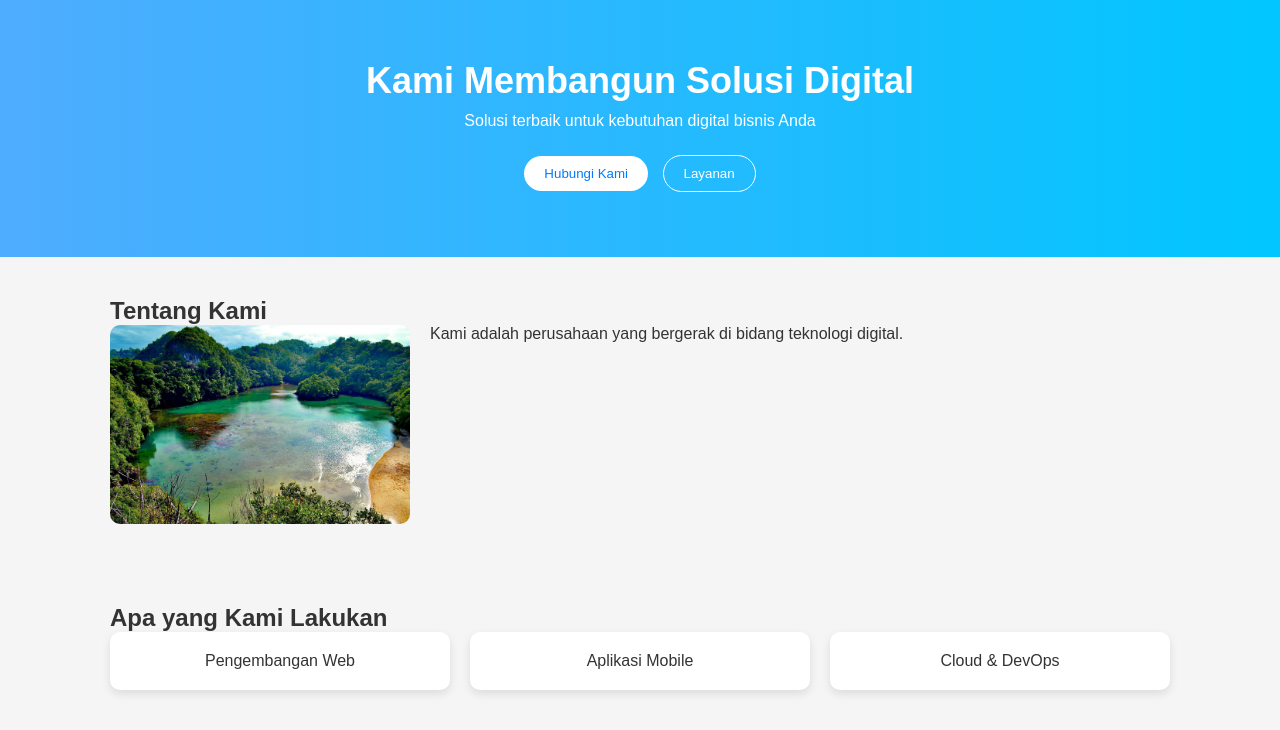
Repository: rufi1126/241552010002-Web-Application-Development
Page: utss/index.html
An editor plug-in stored every save of this project. The page is shown before and after a run of saves, followed by the edit.
The browser window is 1280 px wide. The pictures show the whole page.

Above is the page before, as saved 2026-05-08 01:50:17.

After the next 2 saves:
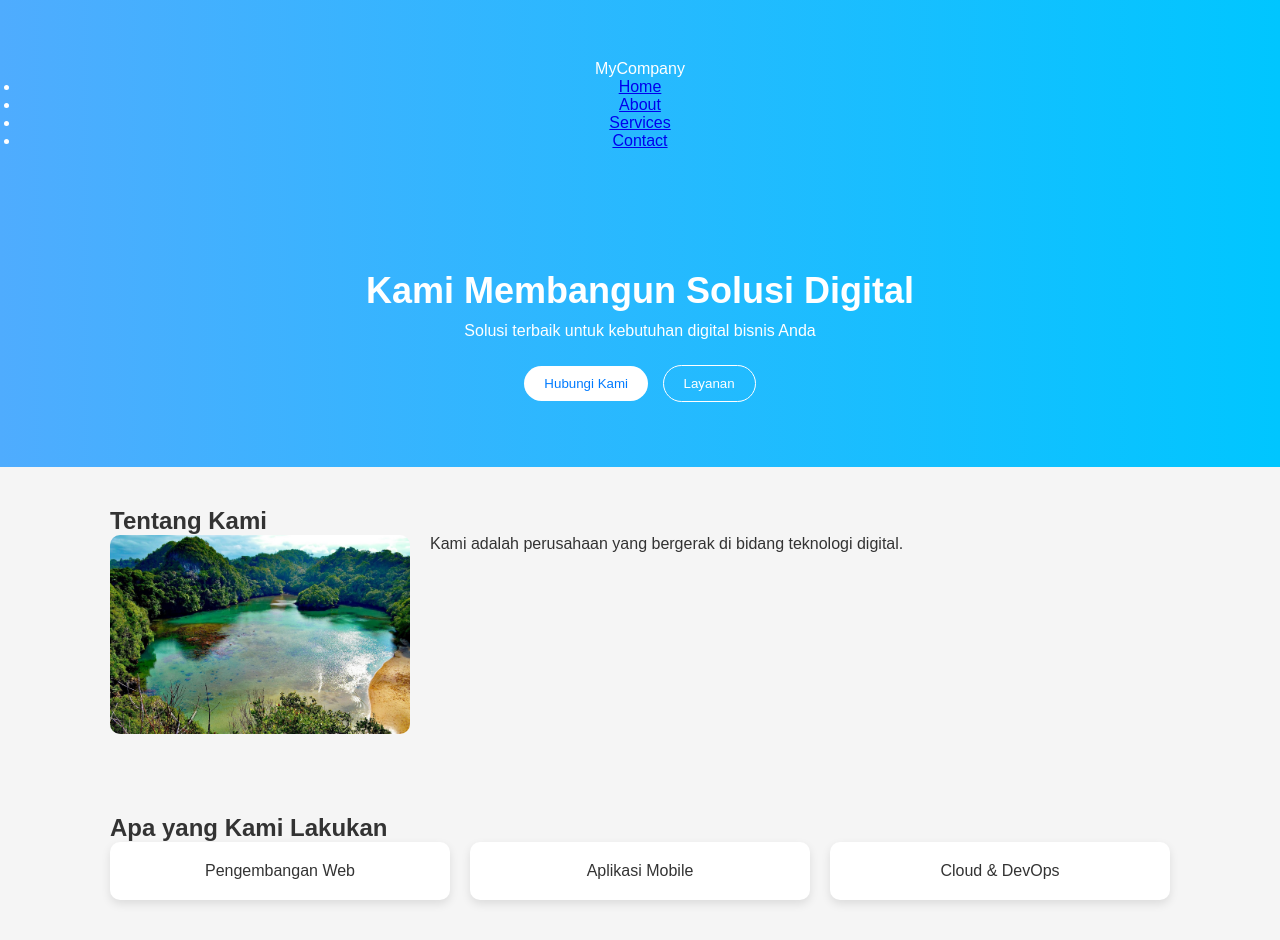
The 2 saves are shown as one change because they came seconds apart.
The last was saved 7 min 1 s later.
--- a/utss/index.html
+++ b/utss/index.html
@@ -6,6 +6,17 @@
   <link rel="stylesheet" href="style.css">
 </head>
 <body>
+    <header>
+    <div class="logo">MyCompany</div>
+    <nav>
+        <ul>
+            <li><a href="#home">Home</a></li>
+            <li><a href="#about">About</a></li>
+            <li><a href="#services">Services</a></li>
+            <li><a href="#contact">Contact</a></li>
+        </ul>
+    </nav>
+</header>
 
 <header>
   <h1>Kami Membangun Solusi Digital</h1>
